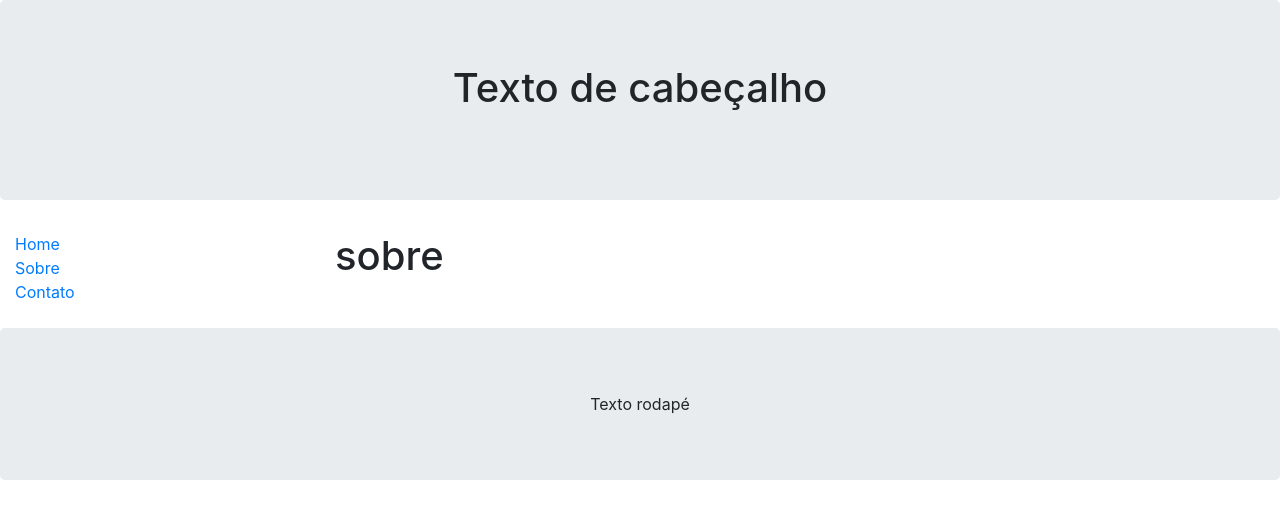
Repository: BrunoCesarAngst/poo
Page: aula04/index.html
An editor plug-in stored every save of this project. The page is shown before and after the next save, followed by the edit.
The browser window is 1280 px wide. The pictures show the whole page.
After loading, the first visible `#sobre` was clicked once.

Above is the page before, as saved 2020-08-21 19:47:59.

### aula04/index.html
<!DOCTYPE html>
<html>
<head>
	<title>Página exemplo LPW</title>
<meta charset="utf-8">

<!-- scripts do BS ou framework de escolha-->
<!-- Latest compiled and minified CSS -->
<link rel="stylesheet" href="https://maxcdn.bootstrapcdn.com/bootstrap/4.4.1/css/bootstrap.min.css">

<!-- jQuery library -->
<script src="https://ajax.googleapis.com/ajax/libs/jquery/3.4.1/jquery.min.js"></script>

<!-- Popper JS -->
<script src="https://cdnjs.cloudflare.com/ajax/libs/popper.js/1.16.0/umd/popper.min.js"></script>

<!-- Latest compiled JavaScript -->
<script src="https://maxcdn.bootstrapcdn.com/bootstrap/4.4.1/js/bootstrap.min.js"></script>


<!-- nossos scripts de css e js-->
<link rel="stylesheet" type="text/css" href="assets/css/style.css">
<script src="assets/js/script.js"></script>


</head>
<body>

<header class="jumbotron">
	<h1>Texto de cabeçalho</h1>
</header>

<div class="container-fluid">
	<div class="row">
		<nav class="col-md-3">
			<a id="home" href="#">Home</a><br>
			<a id="sobre" href="#">Sobre</a><br>
			<a id="form" href="#">Contato</a><br>
			<br>
		</nav>
		<section class="col-md-9">

			<!-- Componentes -->

		</section>
	</div>
</div>

<footer class="jumbotron">

	Texto rodapé<br>

</footer>

</body>
</html>

### aula04/assets/css/style.css
body{
	margin: auto 0px;
}

header{

	text-align: center;
	vertical-align: middle;
	min-height: 200px;
}
nav{

}
section{

}
footer{

	text-align: center;
	min-height: 100px;
}

### aula04/assets/js/script.js
$(document).ready(function() {
  home();
  $('#home').click(function() {
    home();
  });
  $('#sobre').click(function() {
    sobre();
  });
  $('#contato').click(function() {
    contato();
  });
});

function home() {
  $('section').html('<h1>Home</h1>');
}
function sobre() {
  $('section').html('<h1>sobre</h1>');
}
function contato() {
  $('section').html('<h1>contato</h1>');
}

After the next save:
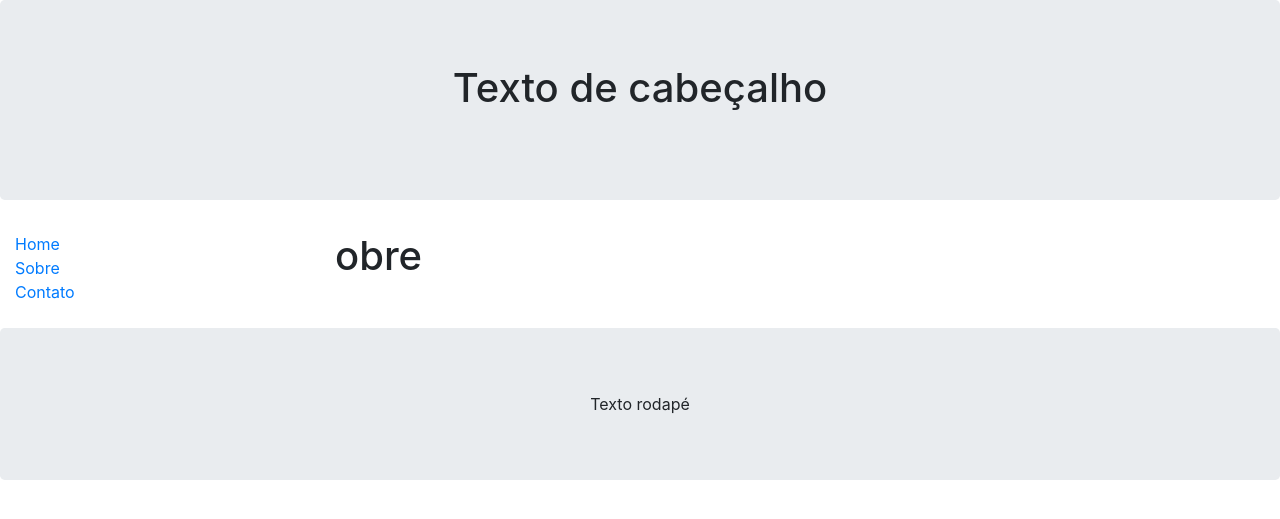
Saved 6 s later.
--- a/aula04/assets/js/script.js
+++ b/aula04/assets/js/script.js
@@ -15,7 +15,7 @@ function home() {
   $('section').html('<h1>Home</h1>');
 }
 function sobre() {
-  $('section').html('<h1>sobre</h1>');
+  $('section').html('<h1>obre</h1>');
 }
 function contato() {
   $('section').html('<h1>contato</h1>');
